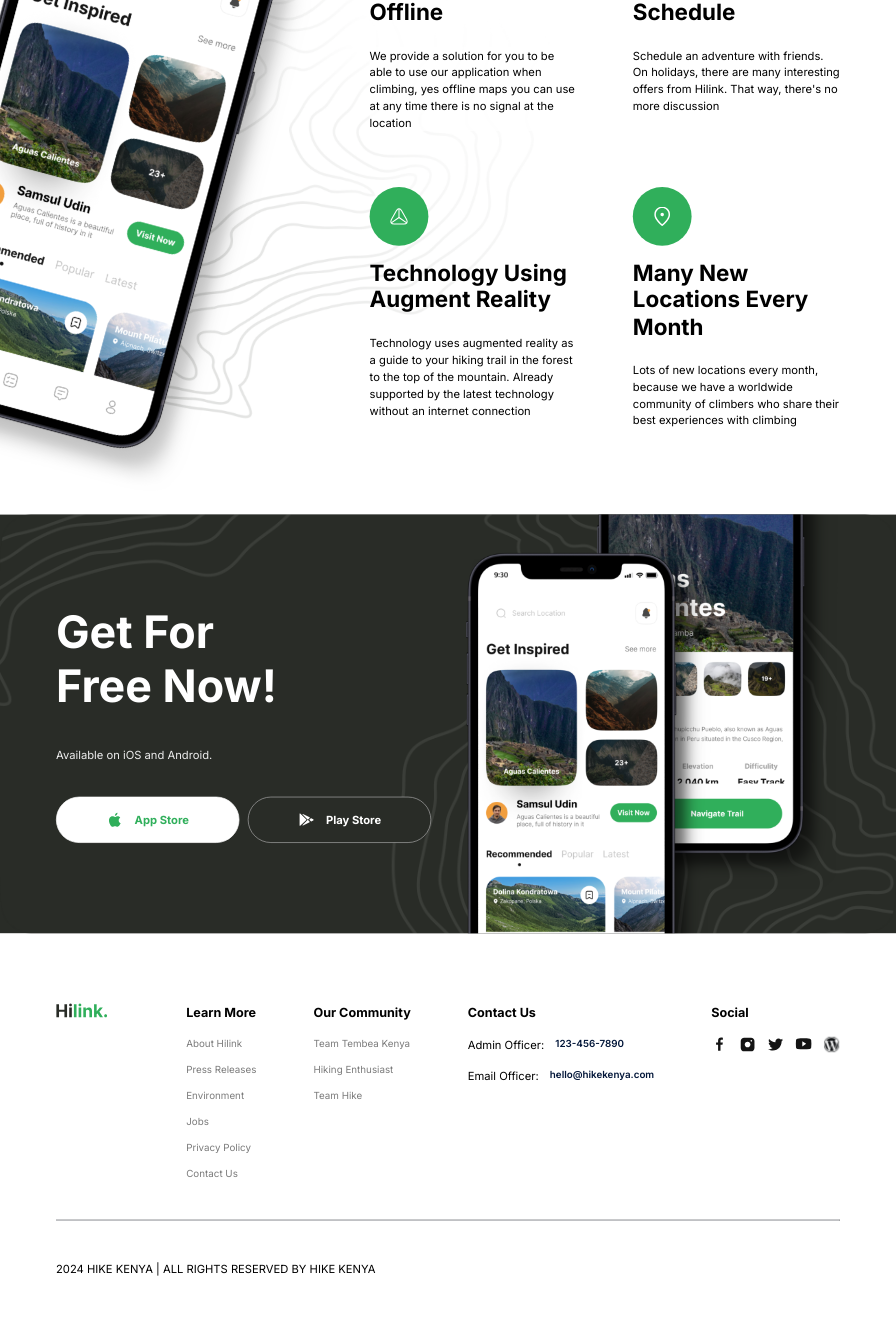
Repository: martin-raphael/travel_agency
Page: /
An editor plug-in stored every save of this project. The page is shown before and after the next save, followed by the edit.
The browser window is 1280 px wide. The pictures show the part of the page from y = 2973 to 4893 px (the page is 4893 px tall before and 4890 px after), at 70% of full size.
The project was rebuilt for these pictures with package versions that can differ from the ones it lists, and the page was loaded fresh each time. The framework's server and built-in components were replaced by stand-ins that run in the browser. Also part of the build but not shown: next.config.mjs.

Above is the page before, as saved 2024-08-09 03:28:22.

### app/layout.tsx
import type { Metadata } from "next";
import Navbar from "@/components/Navbar";
import Footer from "@/components/Footer";
import "./globals.css";

export const metadata: Metadata = {
  title: "Travel App",
  description: "Beauty of Nature",
};

export default function RootLayout({
  children,
}: Readonly<{
  children: React.ReactNode;
}>) {
  return (
    <html lang="en">
      <body>
        <Navbar />
        <main className="relative overflow-hidden">{children}</main>
        <Footer />
      </body>
    </html>
  );
}

### components/Navbar.tsx
import { NAV_LINKS } from "@/constants";
import Image from "next/image";
import Link from "next/link";
import React from "react";
import Button from "./Button";

const Navbar = () => {
  return (
    <nav className=" flexBetween max-container padding-container relative z-30 py-3">
      <Link href="/">
        <Image src="/hilink-logo.svg" alt="logo" width={74} height={29} />
      </Link>
      <ul className="hidden h-full gap-12 lg:flex">
        {NAV_LINKS.map((link) => (
          <Link
            href={link.href}
            key={link.key}
            className="regular-16 text-gray-50 flexCenter cursor-pointer pb-1.5 transition-all hover:font-bold"
          >
            {link.label}
          </Link>
        ))}
      </ul>

      <div className=" lg:flexCenter hidden">
        <Button
          type="button"
          title="Get Started"
          icon="/user.svg"
          variant="btn_dark_green"
        />
      </div>
      <Image
        src="menu.svg"
        alt="menu"
        width={32}
        height={32}
        className="inline-block cursor-pointer lg:hidden"
      />
    </nav>
  );
};

export default Navbar;

### components/Footer.tsx
import { FOOTER_CONTACT_INFO, FOOTER_LINKS, SOCIALS } from "@/constants";
import Image from "next/image";
import Link from "next/link";
import { title } from "process";
import React from "react";

const Footer = () => {
  return (
    <footer className="flexCenter mb-24">
      <div className="padding-container max-container flex w-full flex-col gap-14">
        <div className="flex flex-col items-start justify-center gap-[10%] md:flex-row">
          <Link href={"/"} className="mb-10">
            <Image src="/hilink-logo.svg" alt="logo" width={74} height={29} />
          </Link>
          <div className="flex flex-wrap gap-10 sm:justify-between md:flex-1 ">
            {FOOTER_LINKS.map((columns) => (
              <FooterColumn key={title} title={columns.title}>
                <ul className="regular-14 flex flex-col gap-4 text-gray-30">
                  {columns.links.map((link) =>(
                    <Link href="/" key={link}>
                      {link}
                    </Link>
                  ))}
                </ul>
              </FooterColumn>
            ))}

            <div className="flex flex-col gap-5">
              <FooterColumn title={FOOTER_CONTACT_INFO.title}>
                {FOOTER_CONTACT_INFO.links.map((link)=>(
                  <Link href="/" key={link.label} className="flex gap-4 md:flex-col lg:flex-row">
                    <p className=" whitespace-nowrap">
                      {link.label}:
                    </p>
                      <p className="medium-14 whitespace-nowrap text-blue-70">
                        {link.value}
                      </p>
                  </Link>
                ))}
              </FooterColumn>

            </div>

            <div className="flex flex-col gap-5">
              <FooterColumn title={SOCIALS.title}>
                <ul className="regular-14 flex gap-4 text-gray-30">
                  {SOCIALS.links.map((link)=>(
                    <Link href="/" key={link}>
                      <Image src={link} alt="social" width={24} height={24} />
                    </Link>
                  ))}

                </ul>
              </FooterColumn>

            </div>
          </div>
        </div>

        <div className="border bg-gray-50"/>
        <p>
          2024 HIKE KENYA | ALL RIGHTS RESERVED BY HIKE KENYA
        </p>
      </div>
    </footer>
  );
};

type FooterColumnProps = {
  title: string;
  children: React.ReactNode;
};

const FooterColumn = ({ title, children }: FooterColumnProps) => {
  return (
    <div className="flex flex-col gap-5">
      <h4 className="bold-18 whitespace-nowrap">{title}</h4>
      {children}
    </div>
  );
};

export default Footer;

### components/Camp.tsx
import { PEOPLE_URL } from "@/constants";
import Image from "next/image";
import React from "react";
interface CampProps {
  backgroundImage: string;
  title: string;
  subtitle: string;
  peopleJoined: string;
}

const CampSite = ({
  backgroundImage,
  title,
  subtitle,
  peopleJoined,
}: CampProps) => {
  return (
    <div
      className={`h-full w-full min-w-[1100px] ${backgroundImage}
  bg-cover bg-no-repeat lg:rounded-r-5xl 2xl:rounded-5xl`}
    >
      <div className="flex h-full flex-col items-start justify-between p-6 lg:px-20 lg:py-10">
        <div className="flexCenter gap-4">
          <div className="rounded-full bg-green-50 p-4">
            <Image
            src="/folded-map.svg"
            alt="map"
            width={28}
            height={28} />
          </div>
          <div className="flex flex-col gap-1">
            <h4 className="bold-18 text-white"> {title}</h4>
            <p className="regular-14 text-white"> {subtitle}</p>
          </div>
        </div>

        <div className="flexCenter gap-6 ">
          <span className="flex -space-x-4 overflow-hidden">
            {PEOPLE_URL.map((url) => (
              <Image
              className="inline-block h-10 w-10 rounded-full"
              src={url}
              key={url}
              alt="people"
              width={52}
              height={52} />
            ))}
          </span>
          <p className="bold-16 md:bold-20 text-white"> {peopleJoined}</p>
        </div>
      </div>
    </div>
  );
};

const Camp = () => {
  return (
    <section
      className=" 2xl:max-container relative flex flex-col py-10 lg:mb-10 lg:py-20 xl:mb-20"
    >
      <div
        className="hide-scrollbar flex h-[340px] w-full items-start
      justify-start gap-8 overflow-x-auto lg:h-[400px] xl:h-[640px]"
      >
        <CampSite
          backgroundImage="bg-bg-img-1"
          title="Luxury Camp site"
          subtitle="Nyeri, Kenya"
          peopleJoined="300+ visited"
        />
        <CampSite
         backgroundImage="bg-bg-img-2"
         title="The Ranch Camp site"
         subtitle="Kirinyaga, Kenya"
         peopleJoined="800+ visited" />
      </div>
      <div className="flexEnd mt-10 px-6 lg:-mt-60 lg:mr-6">
          <div className="bg-green-50 p-8 lg:max-w-[500px] xl:max-w-[734px]
          xl:rounded-5xl xl:px-16 xl:py-20 relative w-full overflow-hidden rounded-3xl">
            <h2 className="regular-24 md:regular-32 2xl:regular-64 capitalize text-white">
              <strong>Feeling lost</strong> and you want to explore the Central Kenya?
            </h2>
            <p className="regular-14 xl:regular-16 mt-5 text-white">Starting from the anxiety of the climbers when visiting a new climbing location, the possibility of getting lost is very large.
               That&apos;s why we are here for those of you who want to start an adventure.</p>

               <Image src="/quote.svg" alt="Quote" width={186} height={219} className="camp-quote"/>

          </div>
      </div>
    </section>
  );
};

export default Camp;

### components/Features.tsx
import { FEATURES } from "@/constants";
import Image from "next/image";
import React from "react";

type FeatureItem={
  title:string,
  icon:string,
  description:string,
}

const FeatureItem = ({title, icon, description}:FeatureItem) =>{
  return(
    <li className="flex w-full flex-1 flex-col items-start">
     <div className="rounded-full p-4 lg:p-7 bg-green-50">
      <Image src={icon} alt="map" width={28} height={28}/>
     </div>
     <h2 className="bold-20 lg:bold-32 mt-5 capitalize">
      {title}
     </h2>
     <p className="regular-16 mt-5 bg-white/80 tex-gray-30 lg:mt-[30px] lg:bg-none">
      {description}
     </p>
    </li>
  )
};

const Features = () => {
  return (
    <section
      className="flex-col flexCenter overflow-hidden bg-feature-bg
    bg-center bg-no-repeat py-24"
    >
      <div className="max-container padding-container relative w-full justify-end flex">
        <div className="flex flex-1 lg:min-h-[900px]">
          <Image
          className="feature-phone"
          src="/phone.png"
          alt="phone"
          width={440}
          height={1000}/>
        </div>
        <div className="z-20 flex w-full flex-col lg:w-[60%]">
          <div className="relative">
            <Image
            src="/camp.svg"
            alt="camp"
            width={50}
            height={50}
            className="absolute left-[-5px] top-[-28px] lg:w-[50px]"/>
          </div>
          <h2 className="bold-40 lg:bold-64">Our Features</h2>
          <ul className=" mt-10 grid gap-10 md:grid-cols-2 lg:mg-20 lg:gap-20">
          {FEATURES.map((feature)=>(
            <FeatureItem
            key={feature.title}
            title={feature.title}
            icon={feature.icon}
            description={feature.description}/>
          ))}
        </ul>
        </div>

      </div>
    </section>
  );
};



export default Features;

### components/GetApp.tsx
import React from "react";
import Button from "./Button";
import Image from "next/image";

const GetApp = () => {
  return (
    <section className="flexCenter flex-col pb-[100px] w-full">
      <div className="get-app">
        <div className="z-20 flex w-full flex-1 flex-col justify-center items-start gap-12">
          <h2 className="bold-40 lg:bold-64 xl:max-w-[320px] capitalize">
            get for free now!
          </h2>
          <p className="regular-16 text-gray-10">
            Available on iOS and Android.
          </p>

          <div className="flex w-full flex-col gap-3 whitespace-nowrap xl:flex-row">
            <Button
              type="button"
              title="App Store"
              icon="/apple.svg"
              variant="btn_white"
              full
            />
            <Button
              type="button"
              title="Play Store"
              icon="/android.svg"
              variant="btn_dark_green_outline"
              full
            />
          </div>
        </div>
        <div className="flex flex-1 items-center justify-end">
          <Image
          src="/phones.png"
          alt="phones"
          width={550}
          height={870}/>
        </div>
      </div>
    </section>
  );
};

export default GetApp;

### components/Guide.tsx
import Image from "next/image";
import React from "react";

const Guide = () => {
  return (
    <section className="flexCenter flex-col">
      <div className=" padding-container max-container w-full pb-24">
        <Image src="/camp.svg" alt="camp" width={50} height={50} />
        <p className="uppercase regular-18 -mt-1 mb-3 text-green-50">
          We are here for you...
        </p>
        <div className="flex flex-wrap justify-between gap-5 lg:gap-10">
          <h2 className="bold-40 lg:bold-60 xl:mx-w-[390px]">
            Guide you to Easy Path
          </h2>
          <p className="regular-16 text-gray-50 xl:max-w-[520px]">
            Only with the hilink application you will no longer get lost again,
            because we already support offline maps when there is no internet
            connection in the field. Invite your friends, relatives and friends
            to have fun in the wilderness through the valley and reach the top
            of the mountain
          </p>
        </div>
      </div>
      <div className="flexCenter max-container relative w-full ">
        <Image
          className="w-full object-cover object-center 2xl:rounded-5xl"
          src="/boat.png"
          alt="boat"
          width={1440}
          height={580}
        />

        <div className="absolute flex bg-white py-8 pl-5 pr-7 gap-3 rounded-3xl border
        shadow-md md:left-[5%] lg:top-20">
          <Image
          className="h-full w-auto"
          src="/meter.svg"
          alt="meter"
          width={16}
          height={158}/>
          <div className="flexBetween flex-col">
              <div className="flex w-full flex-col">
                <div className="flexBetween w-full">
                  <p className="regular-16 text-gray-20">Destination </p>
                  <p className="bold-16 text-green-50"> 1hr 30mins</p>
                </div>
                <p className="bold-20 mt-2">Nyeri, Kenya</p>
              </div>
              <div className="flex w-full flex-col">
                  <p className="regular-16 text-gray-20">Start track </p>
                  <h4 className="bold-20 mt-2 whitespace-nowrap"> Nairobi City, Kenya</h4>
              </div>
          </div>

        </div>
      </div>
    </section>
  );
};

export default Guide;

### components/Hero.tsx
import Image from "next/image";
import React from "react";
import Button from "./Button";

const Hero = () => {
  return (
    <section
      className=" max-container padding-container flex
    flex-col gap-20 lg:py-20 py-10 pb-32 md:gap-28 xl:flex-row
    "
    >
      <div className="hero-map" />

      {/* LEFT SIDE-*/}

      <div className="relative z-20 flex flex-1 flex-col xl:w-1/2">
        <Image
          src="/camp.svg"
          alt="camp"
          width={50}
          height={50}
          className="absolute left-[-5px] top-[-30px] w-10 lg:w-[50px]"
        />
        <h1 className="bold-52 lg:bold-88"> Central Kenya Camp Site</h1>
        <p className="regular-16 mt-6 text-gray-30 xl:max-w-[520px]">
          We want to be on each of your journeys seeking the satisfaction of
          seeing the incorruptible beauty of nature. We can help you on an
          adventure around the world in just one app
        </p>

        <div className="my-11 flex flex-wrap gap-5">
          <div className="flex items-center gap-2">
            {Array(5)
              .fill(1)
              .map((_, index) => (
                <Image
                  src="/star.svg"
                  alt="Ratings"
                  key={index}
                  width={24}
                  height={24}
                />
              ))}
          </div>
          <p className="bold-16 lg:bold-20 text-blue-70">
            200K
            <span className="regular-16 lg:regular-20 ml-1 underline">
              Excellent Reviews
            </span>
          </p>
        </div>
        <div className="flex flex-col w-full gap-3 sm:flex-row">
          <Button type="button" title="Download App" variant="btn_green" />

          <Button
            type="button"
            title="How we work? "
            icon="/play.svg"
            variant="btn_white"
          />
        </div>
      </div>

      <div className="relative flex flex-1 items-start">
        <div className="relative z-20  w-[268px] flex flex-col gap-8 rounded-3xl bg-green-90 px-7 py-8">
          <div className="flex flex-col">
            <div className="flexBetween">
              <p className="regular-16 text-gray-20">Location</p>
              <Image src="/close.svg" alt="close" width={24} height={24} />
            </div>
            <p className="bold-20 text-white"> Nyeri Region</p>
          </div>
            <div className="flexBetween">
              <div className="flex flex-col">
                <p className="regular-16 block text-gray-20">Distance</p>
                <p className="bold-20 text-white"> 4,420 mi</p>
              </div>
              <div className="flex flex-col">
                <p className="regular-16 block text-gray-20">Elavation</p>
                <p className="bold-20 text-white"> 2.040 km</p>
              </div>
            </div>
          </div>
        </div>

    </section>
  );
};

export default Hero;

### constants/index.ts
// NAVIGATION
export const NAV_LINKS = [
    { href: '/', key: 'home', label: 'Home' },
    { href: '/', key: 'how_hilink_work', label: 'How Hilink Work?' },
    { href: '/', key: 'services', label: 'Services' },
    { href: '/', key: 'pricing ', label: 'Pricing ' },
    { href: '/', key: 'contact_us', label: 'Contact Us' },
  ];

  // CAMP SECTION
  export const PEOPLE_URL = [
    '/person-1.png',
    '/person-2.png',
    '/person-3.png',
    '/person-4.png',
  ];

  // FEATURES SECTION
  export const FEATURES = [
    {
      title: 'Real maps can be offline',
      icon: '/map.svg',
      variant: 'green',
      description:
        'We provide a solution for you to be able to use our application when climbing, yes offline maps you can use at any time there is no signal at the location',
    },
    {
      title: 'Set an adventure schedule',
      icon: '/calendar.svg',
      variant: 'green',
      description:
        "Schedule an adventure with friends. On holidays, there are many interesting offers from Hilink. That way, there's no more discussion",
    },
    {
      title: 'Technology using augment reality',
      icon: '/tech.svg',
      variant: 'green',
      description:
        'Technology uses augmented reality as a guide to your hiking trail in the forest to the top of the mountain. Already supported by the latest technology without an internet connection',
    },
    {
      title: 'Many new locations every month',
      icon: '/location.svg',
      variant: 'orange',
      description:
        'Lots of new locations every month, because we have a worldwide community of climbers who share their best experiences with climbing',
    },
  ];

  // FOOTER SECTION
  export const FOOTER_LINKS = [
    {
      title: 'Learn More',
      links: [
        'About Hilink',
        'Press Releases',
        'Environment',
        'Jobs',
        'Privacy Policy',
        'Contact Us',
      ],
    },
    {
      title: 'Our Community',
      links: ['Team Tembea Kenya', 'Hiking Enthusiast', 'Team Hike'],
    },
  ];

  export const FOOTER_CONTACT_INFO = {
    title: 'Contact Us',
    links: [
      { label: 'Admin Officer', value: '123-456-7890' },
      { label: 'Email Officer', value: 'hello@hikekenya.com' },
    ],
  };

  export const SOCIALS = {
    title: 'Social',
    links: [
      '/facebook.svg',
      '/instagram.svg',
      '/twitter.svg',
      '/youtube.svg',
      '/wordpress.svg',
    ],
  };

### components/Button.tsx
import Image from "next/image";

type ButtonProps = {
  type: "button" | "submit";
  title: string;
  icon?: string;
  variant?: string;
  full?:boolean;
};

const Button = ({ type, title, icon, variant, full }: ButtonProps) => {
  return (
    <button
      className={`flexCenter gap-4 rounded-full border ${variant} ${full && 'w-full'}`}
      type={type}
    >
      {icon && <Image src={icon} alt={title} width={24} height={24} />}
      <label className=" bold-16 whitespace-nowrap cursor-pointer">{title}</label>
    </button>
  );
};

export default Button;

Loaded but not shown: app/page.tsx (common file); app/globals.css (common file); tailwind.config.ts (common file)

After the next save:
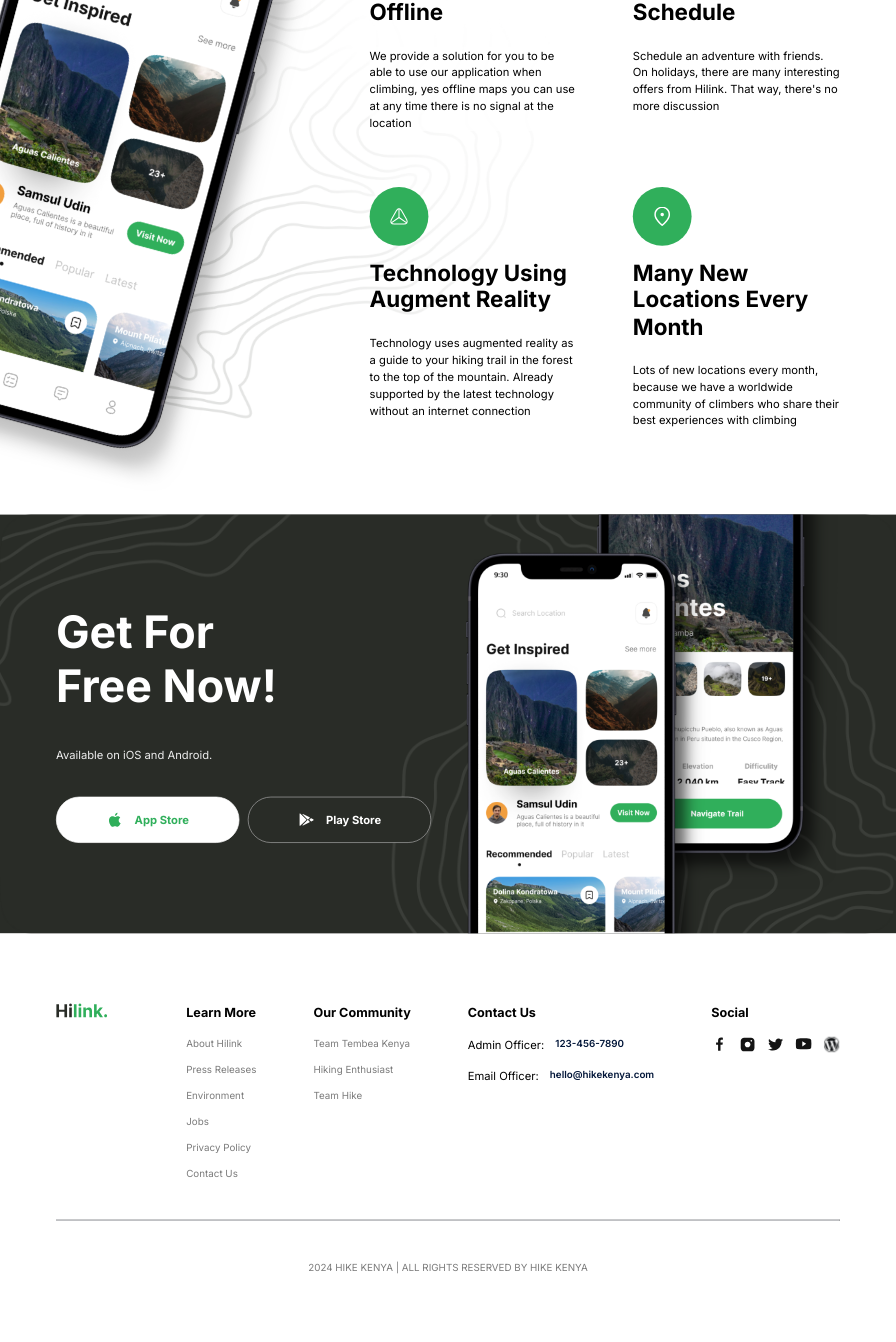
Saved 90 s later.
--- a/components/Footer.tsx
+++ b/components/Footer.tsx
@@ -58,7 +58,7 @@ const Footer = () => {
         </div>
 
         <div className="border bg-gray-50"/>
-        <p>
+        <p className="regular-14 w-full capitalize text-center text-gray-30">
           2024 HIKE KENYA | ALL RIGHTS RESERVED BY HIKE KENYA
         </p>
       </div>
